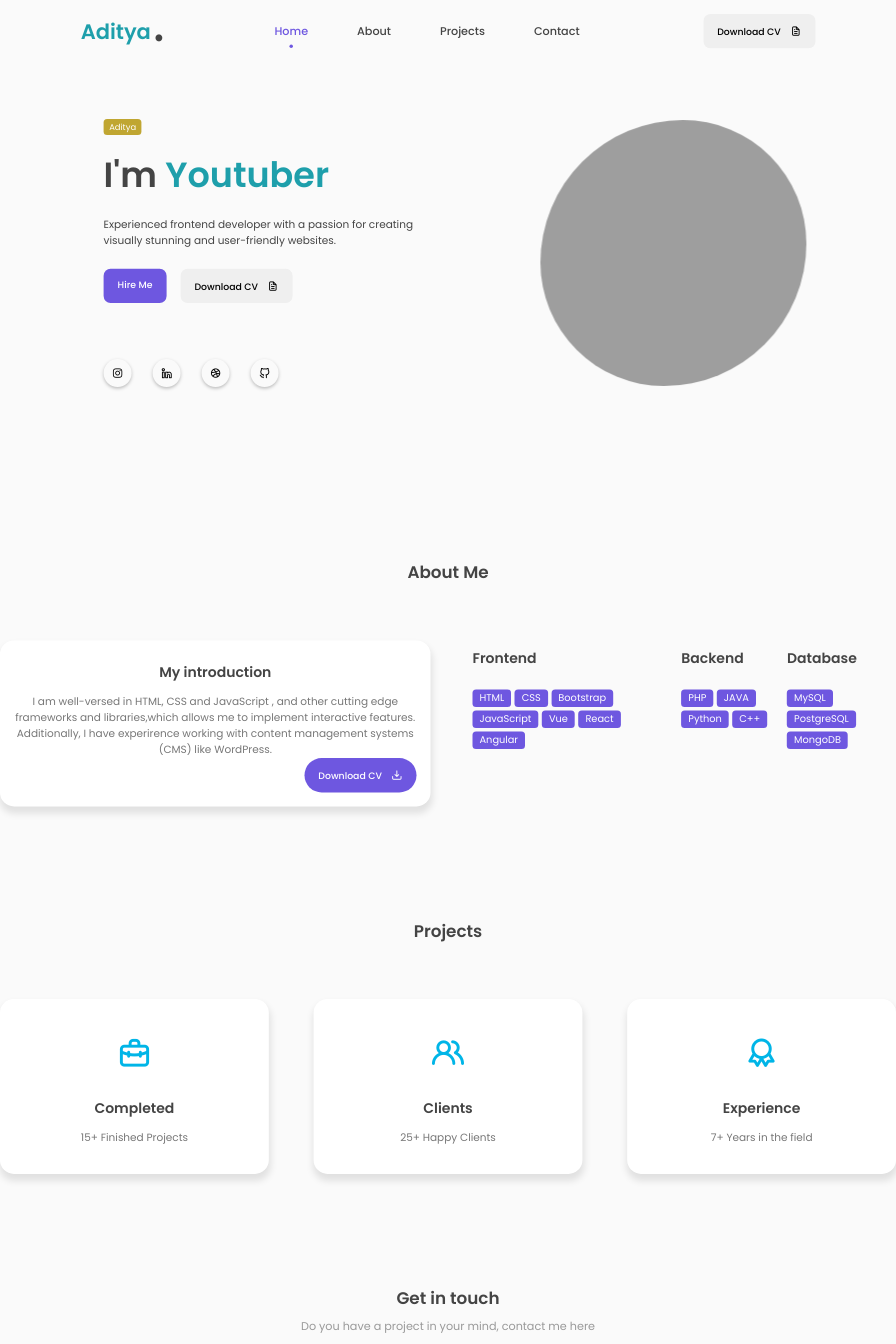
Repository: 4Kbrain/Portofolio
Page: index.html
An editor plug-in stored every save of this project. The page is shown before and after the next save, followed by the edit.
The browser window is 1280 px wide. The pictures show the part of the page from y = 0 to 1920 px (the page is 2774 px tall), at 70% of full size.
Pictures or frames that could not be fetched are drawn as grey boxes.

Above is the page before, as saved 2024-05-15 08:27:43.

After the next save:
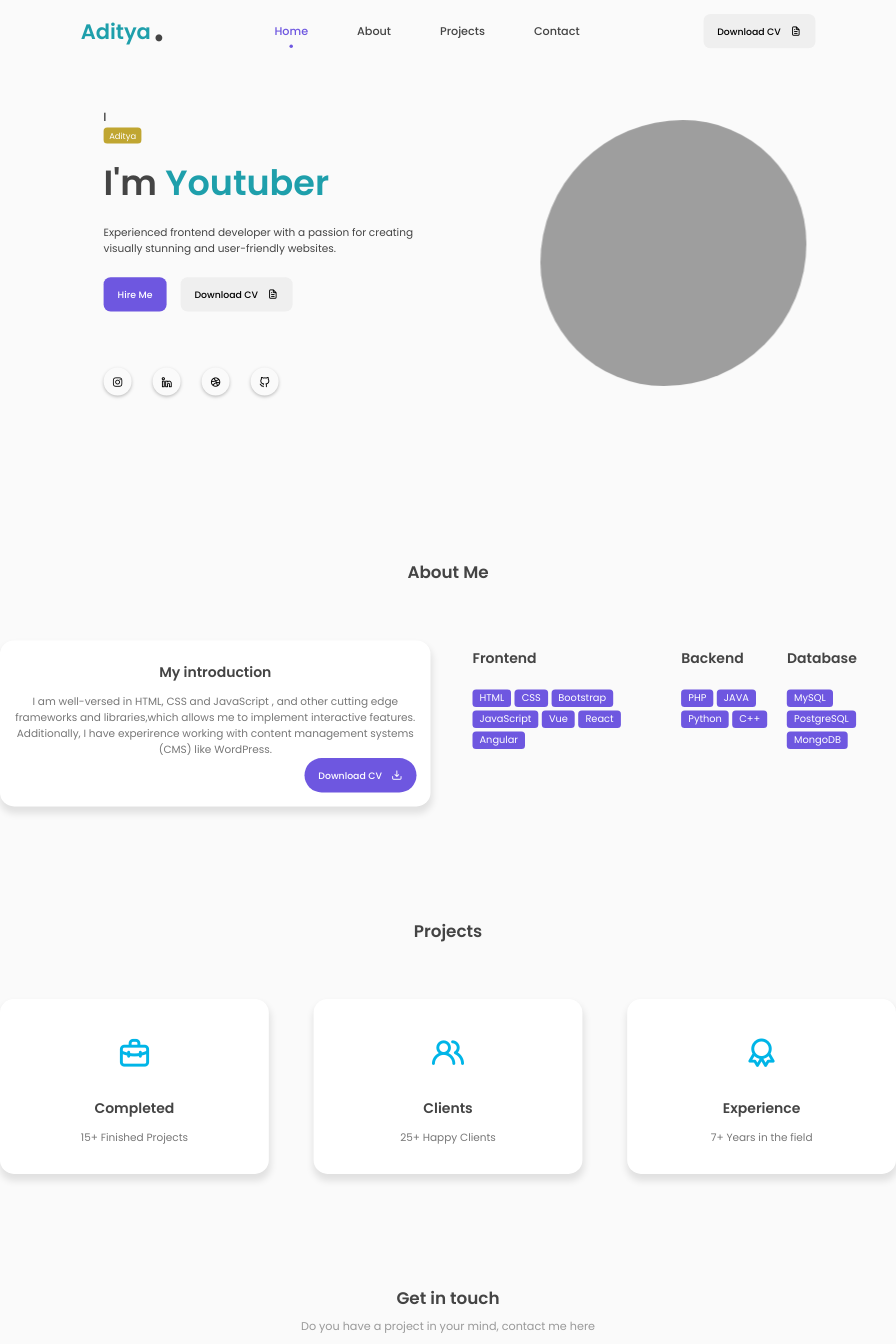
Saved 83 s later.
--- a/index.html
+++ b/index.html
@@ -50,7 +50,7 @@
     <main class="wrapper">
        <!-- -------------- FEATURED BOX ---------------- -->
        <section class="featured-box" id="home">
-          <div class="featured-text">
+          <div class="featured-text">l
             <div class="featured-text-card">
                 <span>Aditya</span>
             </div>

After the 2 saves that followed:
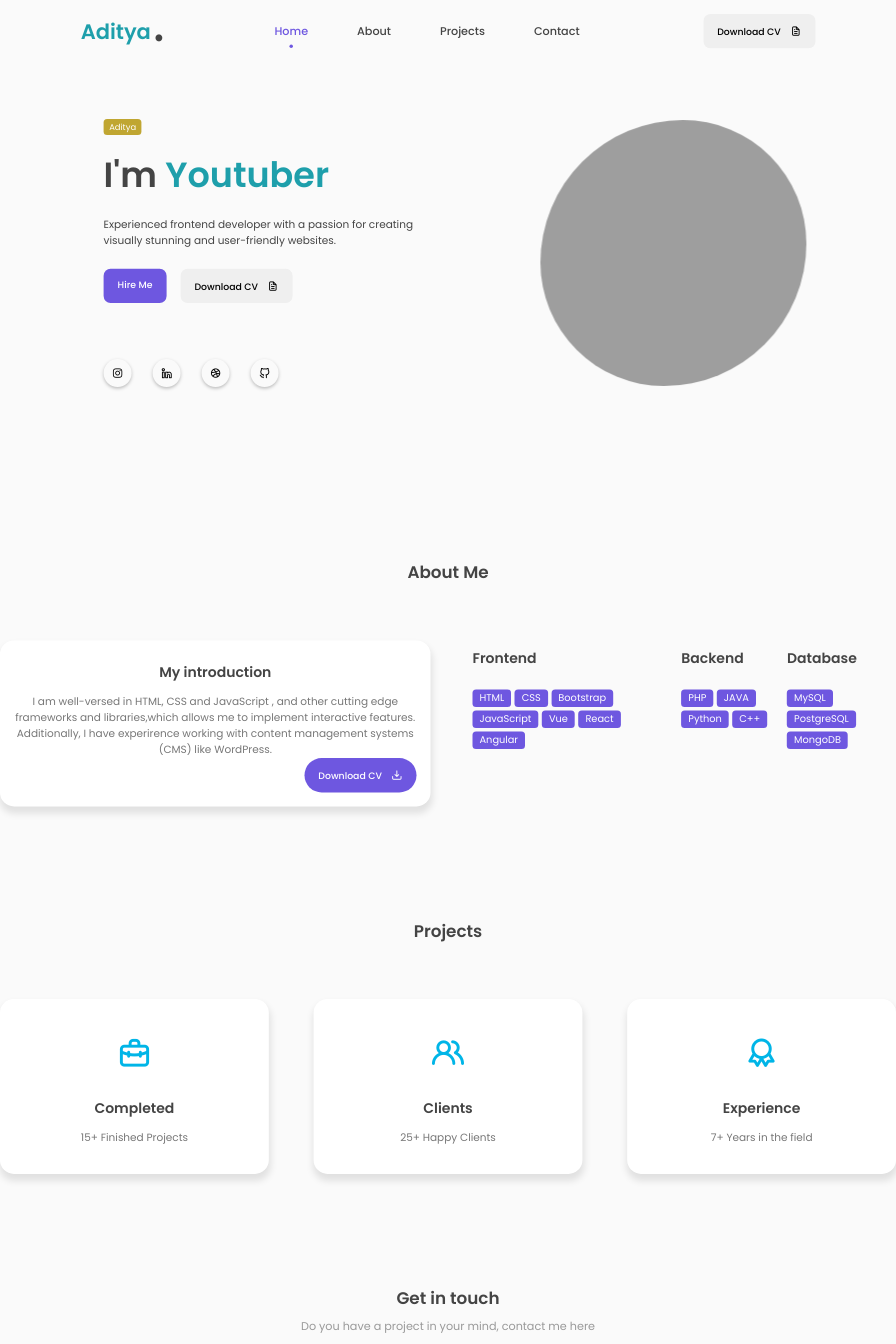
The 2 saves are shown as one change because they came seconds apart.
The last was saved 6 s later.
--- a/index.html
+++ b/index.html
@@ -50,7 +50,7 @@
     <main class="wrapper">
        <!-- -------------- FEATURED BOX ---------------- -->
        <section class="featured-box" id="home">
-          <div class="featured-text">l
+          <div class="featured-text">
             <div class="featured-text-card">
                 <span>Aditya</span>
             </div>
